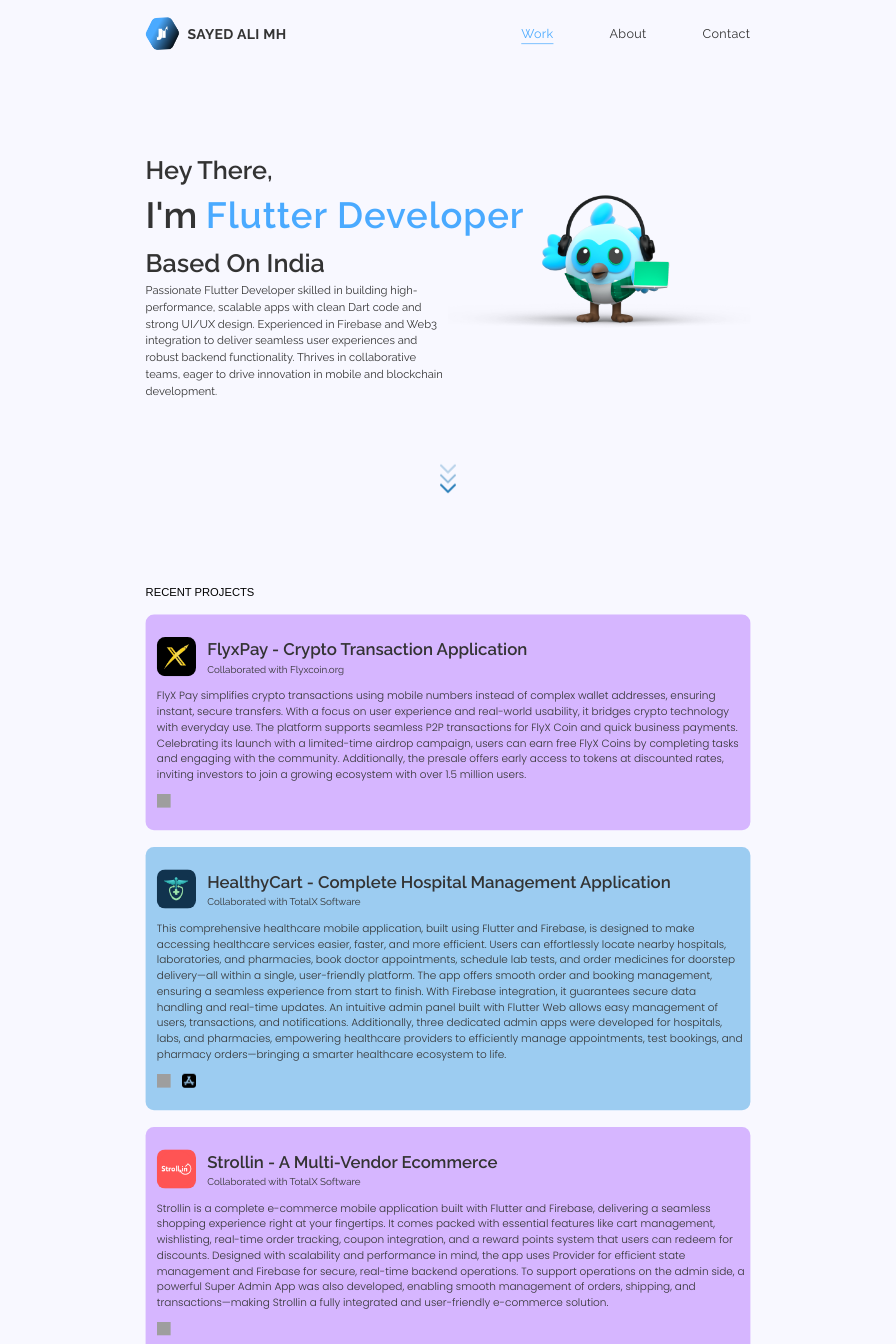
Repository: sayedali-2129/sayedali-portfolio
Page: /
An editor plug-in stored every save of this project. The page is shown before and after the next save, followed by the edit.
The browser window is 1280 px wide. The pictures show the part of the page from y = 0 to 1920 px (the page is 3045 px tall), at 70% of full size.
Pictures or frames that could not be fetched are drawn as grey boxes. The project was rebuilt for these pictures with package versions that can differ from the ones it lists, and the page was loaded fresh each time. The framework's server and built-in components were replaced by stand-ins that run in the browser. Also part of the build but not shown: next.config.ts.

Above is the page before, as saved 2025-05-20 11:39:19.

After the next save:
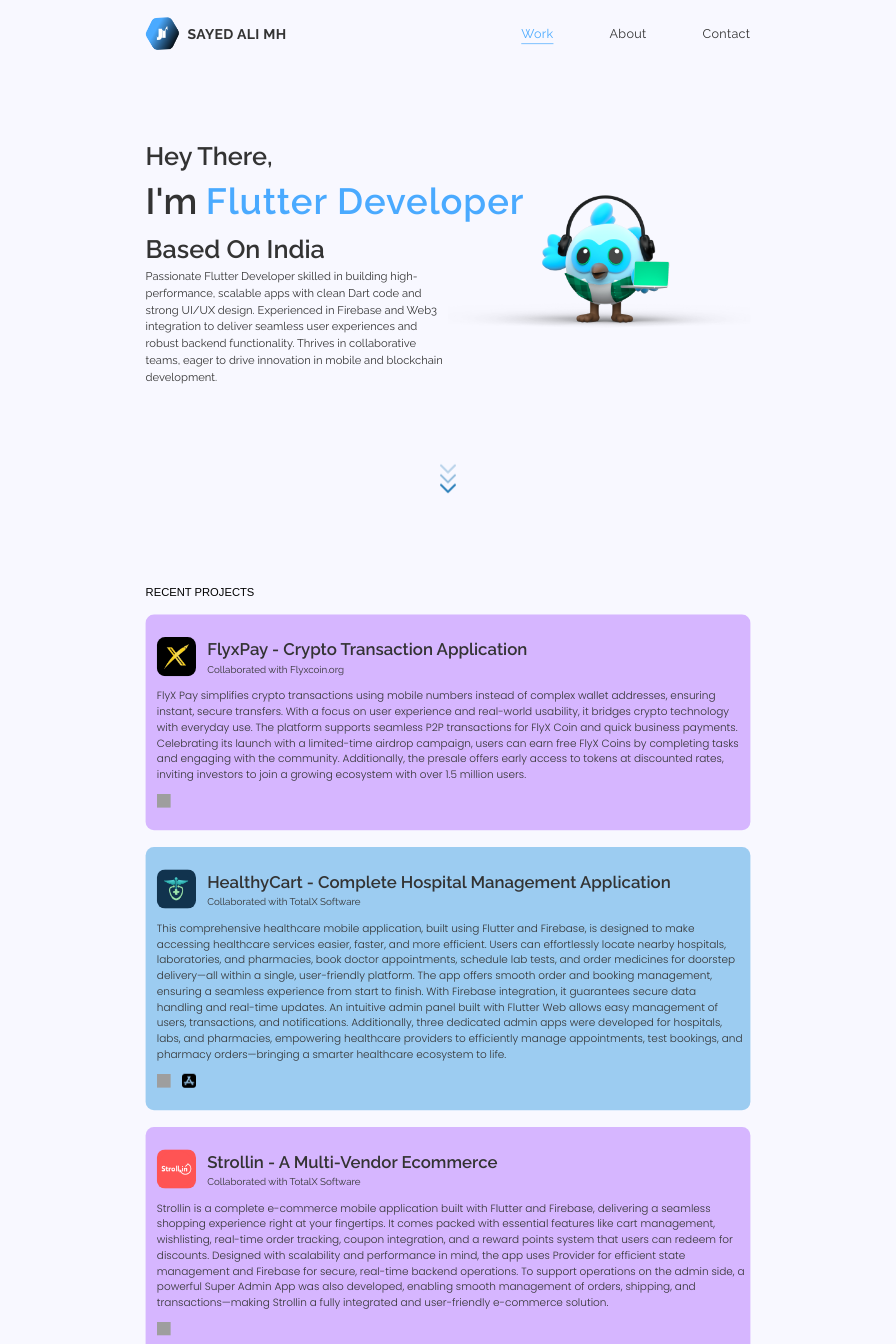
Saved 20 s later.
--- a/src/features/home/components/ProfileBody.tsx
+++ b/src/features/home/components/ProfileBody.tsx
@@ -35,7 +35,7 @@
           <h3 className="text-[36px] text-TextColor font-RalewaySemiBold">
             Based On India
           </h3>
-          <p className="text-TextColor font-RalewayRegular">
+          <p className="text-TextColor font-RalewayRegular pb-10">
             Passionate Flutter Developer skilled in building high-performance,
             scalable apps with clean Dart code and strong UI/UX design.
             Experienced in Firebase and Web3 integration to deliver seamless
